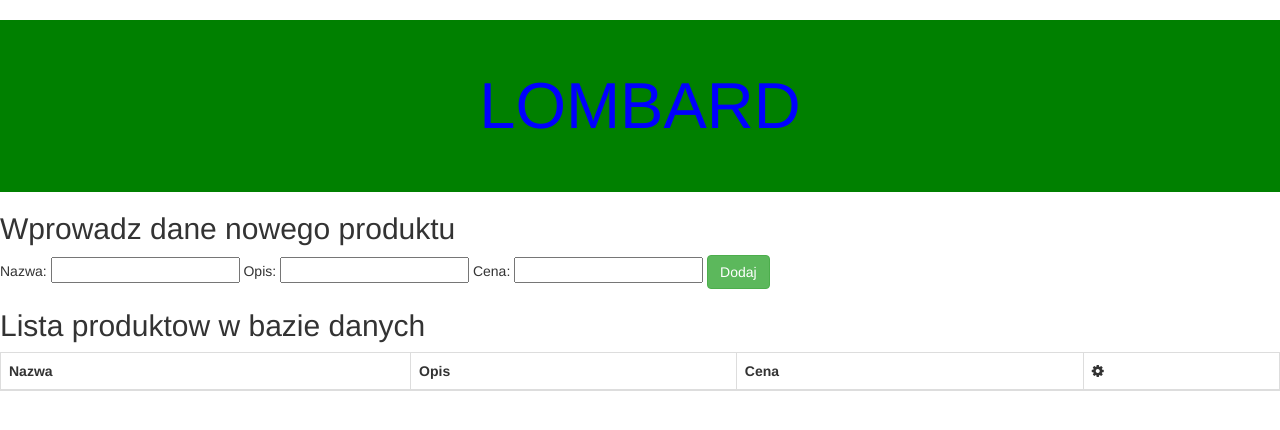
Repository: Hordix/CRUDapp
Page: Pulpit/Worspace/crudApplication1/src/main/resources/static/index.html
These files come from the project's save history. The page is drawn as it stood at one moment and after the next save; the edit follows.
The browser window is 1280 px wide. The pictures show the whole page.
The page's requests for data from a server got no answer. Some web libraries are served in a nearby version.

Above is the page before, as saved 2017-09-01 18:34:52.

After the next save:
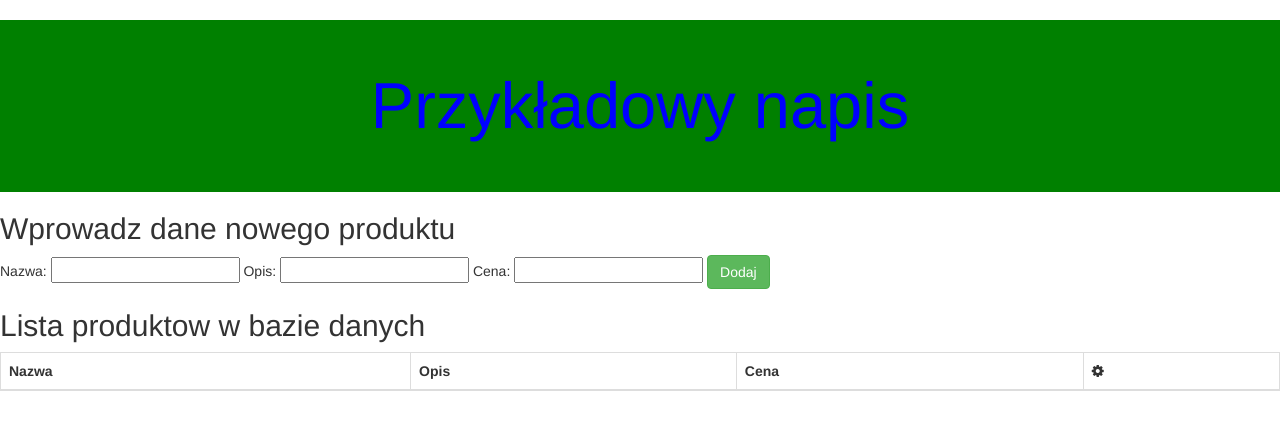
Saved 9 min 40 s later.
--- a/Pulpit/Worspace/crudApplication1/src/main/resources/static/index.html
+++ b/Pulpit/Worspace/crudApplication1/src/main/resources/static/index.html
@@ -16,7 +16,7 @@
 
 
 <div  ng-controller="HelloController">
-<h1 ng-style="myObj"><center>LOMBARD</center></h1>
+<h1 ng-style="myObj"><center>Przykładowy napis</center></h1>
 
 
 
